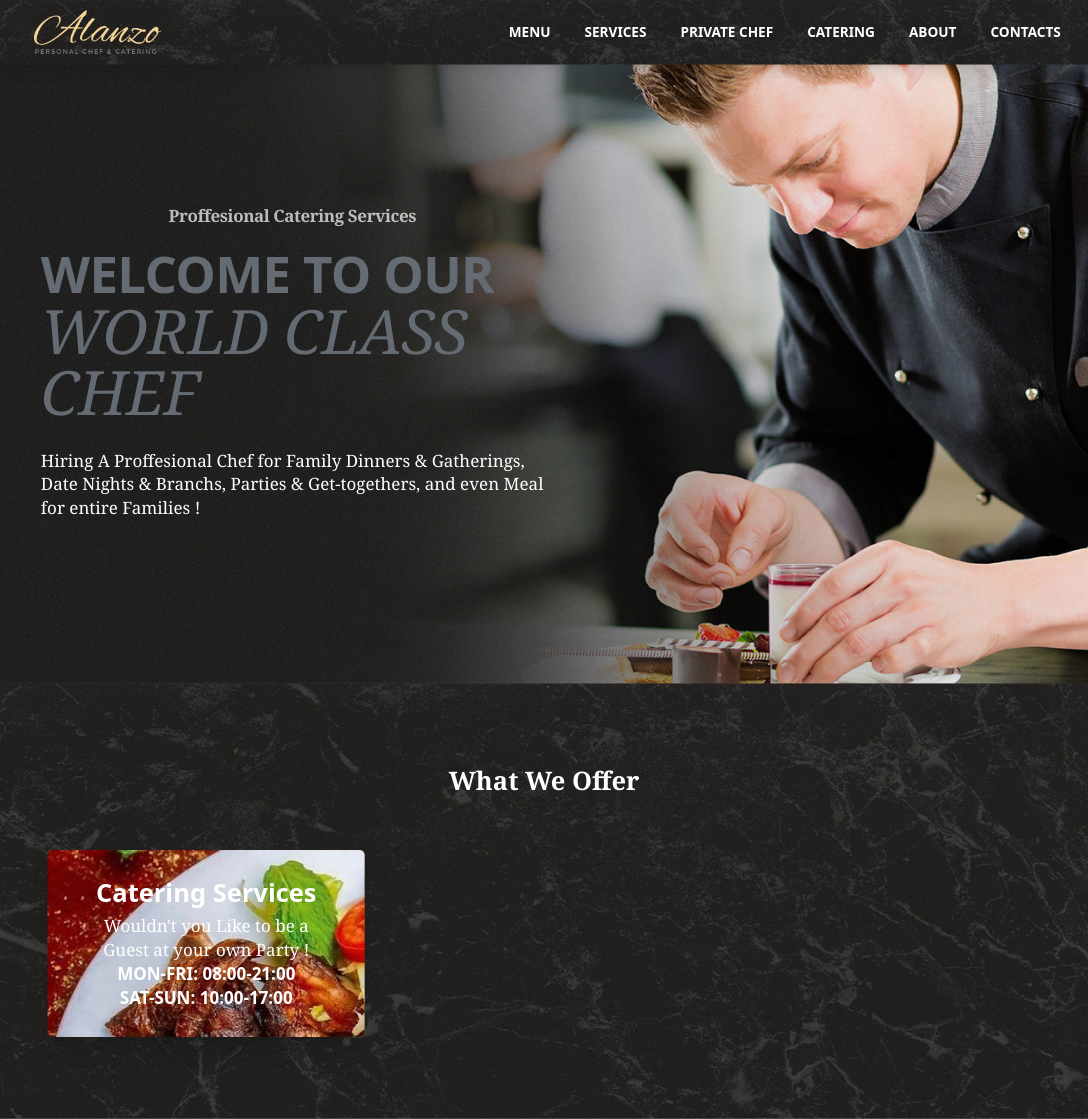
Repository: remydev47/alanzo
Page: /
An editor plug-in stored every save of this project. The page is shown before and after the next save, followed by the edit.
The browser window is 1280 px wide. The pictures show the whole page, at 85% of full size.
The project was rebuilt for these pictures with package versions that can differ from the ones it lists, and the page was loaded fresh each time. The framework's server and built-in components were replaced by stand-ins that run in the browser. Also part of the build but not shown: next.config.js, components/Aboutus.tsx, components/Consulting.tsx, components/Catering.tsx, components/Menu.tsx, components/Testimonials.tsx, components/CTA.tsx, components/Footer.tsx.

Above is the page before, as saved 2022-12-17 12:10:09.

### pages/_app.tsx
import '../styles/globals.css'
import type { AppProps } from 'next/app'
import Navbar from '../components/Navbar'

function MyApp({ Component, pageProps }: AppProps) {
  return (
    <>

      <Component {...pageProps} />
    </>
  )
}

export default MyApp

### pages/index.tsx
import type { NextPage } from 'next'
import Head from 'next/head'
import Image from 'next/image'
import { Hero, Services } from '../components'
import Navbar from '../components/Navbar'


const Home: NextPage = () => {
  return (
    <div className="bg-[url('/images/bg_2.jpg')]">
      <Head>
        <title>Avantos</title>
        <link rel="icon" href="/favicon.ico" />
      </Head>
      <Navbar />
      <Hero />
      <Services />

    </div>
  )
}

export default Home

### components/index.ts
import Hero from "./Hero";
import Services from "./Services";
import Aboutus from "./Aboutus";
import Consulting from "./Consulting";
import Catering from "./Catering";
import Menu from "./Menu";
import Testimonials from "./Testimonials";
import CTA from "./CTA";
import Footer from "./Footer";

export {
    Hero, Services, CTA, Catering, Consulting, Footer, Menu, Aboutus, Testimonials
}

### components/Navbar.tsx
import React from 'react';
import { navLinks } from '../constants';
import Menupopover from './Menupopover';
import Image from 'next/image';
import Logo from './Logo';
import { Button } from './Button';

const Navbar = () => {
  return (
    <header className="fixed inset-x-0 bg-[url('/images/bg_2.jpg')] z-20 flex justify-between items-center py-2 px-2 shadow-lg dark:bg-slate-900 sm:py-3 sm:px-8">
            <div className='flex grow-0 basis-1/3 md:hidden'>
                <Menupopover />
            </div>

             <div className='flex grow-0 ml-2 justify-center md:justify-start'>
                <Logo />

            </div>


            <ul className="list-none sm:flex hidden justify-end items-center flex-1">
            {navLinks.map((nav, index) => (
                <li
                key={nav.id}
                className={`font-bold cursor-pointer text-[16px]
                   ${index === navLinks.length - 1 ? 'mr-0' : 'mr-10'}
                  text-white `}
                >
                    <a>{nav.title}</a>
                </li>
            ))}
           </ul>


        </header>
  )
}

export default Navbar

### components/Hero.tsx
import React from 'react'

const Hero = () => {
  return (
    <section className='relative pt-48 pb-12 xl:pt-60 sm:pb-16 lg:pb-32 xl:pb-48 2xl:pb-56'>
    <div className="absolute inset-0">
     <img className="object-cover w-full h-full" src="/images/hero.jpg" alt="" />
    </div>
   <div className='relative'>
    <div className="px-6 mx-auto sm:px-8 lg:px-12 max-w-7xl">
      <div className="w-full lg:w-2/3 xl:w-1/2">
        <h1 className="font-serif text-xl font-bold tracking-tight text-white text-opacity-70 text-center">Proffesional Catering Services</h1>
        <p className="mt-6 tracking-tighter text-[#656b72]">
          <span className="font-sans font-bold text-6xl">WELCOME TO OUR </span><br />
          <span className="font-serif italic font-BOLD text-7xl">WORLD CLASS CHEF</span>
        </p>
        <p className="mt-8 font-erif text-xl font-serif text-[#fff]">
          Hiring A Proffesional Chef for Family Dinners & Gatherings, Date Nights & Branchs, Parties & Get-togethers, and even Meal for entire Families !
        </p>
      </div>
    </div>
   </div>
  </section>
  )
}

export default Hero

### components/Services.tsx
import React from 'react'
import styles from '../styles'

const Services = () => {
  return (
    <section className={`${styles.paddings} bg-[url('/images/bg_2.jpg')] sm:py-16 lg:py-24`}>
      <div className="px-4 mx-auto max-w-7xl sm:px-6 lg:px-8">
       <div className="max-w-2xl mx-auto text-center">
        <h2 className="text-xl font-bold font-serif leading-tight text-white lg:text-3xl">What We Offer</h2>
       </div>

       <div className="grid max-w-md grid-cols-1 gap-6 mx-auto mt-8 text-center lg:max-w-full lg:mt-16 lg:grid-cols-3">

        <div className="overflow-hidden bg-[url('/images/bg-3.jpg')] shadow-xl border-gray-300 rounded-md">
          <div className="p-8 xl:px-12 flex flex-col items-center justify-center">
             <div className='flex flex-col'>
               <h1 className='text-3xl font-semibold text-white'>Catering Services</h1>
             </div>
             <h2 className='font-normal text-xl font-serif text-white text-center mt-2'>
               Wouldn't you Like to be a Guest at your own Party !
             </h2>
             <p className='text-xl text-white text-center font-bold'>
               MON-FRI: 08:00-21:00
             </p>
             <p className='text-xl text-white text-center font-bold'>
               SAT-SUN: 10:00-17:00
             </p>
          </div>
        </div>

       </div>
      </div>
    </section>
  )
}

export default Services

### constants/index.ts
export const navLinks =[
    {
        id:"menu",
        title:"MENU",
    },
    {
        id:"services",
        title:"SERVICES",
    },
    {
        id:"privatechef",
        title:"PRIVATE CHEF",
    },
    {
        id:"catering",
        title:"CATERING",
    },
    {
        id:"aboutus",
        title:"ABOUT",
    },
    {
        id:"contacts",
        title:"CONTACTS",
    },
]

### components/Menupopover.tsx
import React, {useState, Fragment} from 'react';
import { navLinks } from '../constants';
import { IconButton, Button } from './Button';
import { Transition, Dialog } from '@headlessui/react';
import Logo from './Logo';
import Image from 'next/image';

const Menupopover = () => {
  const [isOpen, setIsOpen] = useState(false)

  return (
    <div>
    <IconButton
      variant='ghost'
      aria-label='menu'
      onClick={() => setIsOpen(!isOpen)}
    >
      <svg className='w-6 h-6 ' fill='none' stroke='currentColor'>
        <path
          strokeLinecap='round'
          strokeLinejoin='round'
          strokeWidth={2}
          d='M4 6h16M4 12h16M4 18h16'
        />
      </svg>
    </IconButton>
    <Transition
      show={isOpen}
      appear
      as={Fragment}
      enter='transform transition ease-in-out duration-300'
      enterFrom='-translate-x-full'
      enterTo='translate-x-0'
      leave='transform transition ease-in-out duration-300 delay-200'
      leaveFrom='translate-x-0'
      leaveTo='-translate-x-full'
     >
     <Dialog
       as='div'
       className={`fixed inset-0 z-50`}
       onClose={setIsOpen}
       open={isOpen}
       >
       <Transition.Child
         as={Fragment}
         enter='ease-out duration-300 delay-300'
         enterFrom='opacity-0'
         enterTo='opacity-100'
         leave='ease-in duration-200'
         leaveFrom='opacity-100'
         leaveTo='opacity-0'
       >

        <Dialog.Overlay
          className={`fixed inset-0 bg-black/20 backdrop-blur-sm dark:bg-gray-900/80`}
         />
      </Transition.Child>
       <div className={styles.dialogcontainer}>
        <a className='mx-auto mt-4 flex w-[140px] '>
          <Logo />
        </a>
        <ul
            className={styles.navWrapper2}
         >
            {navLinks.map((nav, index) => (
                <li
                 key={nav.id}
                 className={` font-bold cursor-pointer text-[16px]
                  mt-2 border-t border-slate-200 py-4 dark:border-slate-600
                  ${index === navLinks.length - 1 ? 'mr-0' : 'mb-4'}
                  text-white `}
                >
                 <a href={`#${nav.id}`}>
                    {nav.title}
                 </a>
                </li>
             ))}
         </ul>

        <IconButton
          variant='ghost'
          aria-label='close menu'
          className='absolute top-5 right-5'
          onClick={() => setIsOpen(false)}
        >
          <svg
            viewBox='0 0 10 10'
            className='h-2.5 w-2.5 overflow-visible'
            aria-hidden='true'
          >
            <path
                d='M0 0L10 10M10 0L0 10'
                fill='none'
                stroke='currentColor'
                strokeWidth='2'
                strokeLinecap='round'
              />
          </svg>
        </IconButton>
       </div>
     </Dialog>
    </Transition>
  </div>
  )
}

export default Menupopover;

const styles ={
  dialogcontainer:`fixed top-0 bottom-0 left-0 w-full max-w-xs rounded-r-xl bg-[#092341] p-6 shadow-lg dark:bg-gray-800`,
  menuitems:`group relative flex h-9 items-center oveflow-hidden rounded-md hover:bg-slate-200/50`,
  navWrapper2:`list-none flex flex-col justify-end items-center flex-1`,
}

### components/Logo.tsx
import React from 'react'
import Image from 'next/image'

const Logo = () => {
  return (
    <div>
      <Image
        src='/images/logo.png'
        alt='Alanzo'
        height={60}
        width={150}
      />
    </div>
  )
}

export default Logo

### styles/index.ts
const styles = {
    innerWidth: '2xl:max-w-[1280px] w-full',
    interWidth: 'lg:w-[80%] w-[100%]',

    paddings: 'sm:p-16 xs:p-8 px-6 py-12',
    yPaddings: 'sm:py-16 xs:py-8 py-12',
    xPaddings: 'sm:px-16 px-6',
    topPaddings: 'sm:pt-16 xs:pt-8 pt-12',
    bottomPaddings: 'sm:pb-16 xs:pb-8 pb-12',

    flexCenter: 'flex justify-center items-center',
    flexStart: 'flex justify-start items-start',
    flexEnd: 'flex justify-end',
    navPadding: 'pt-[98px]',

    // hero section
    heroHeading:
        'font-bold lg:text-[144px] md:text-[100px] sm:text-[60px] text-[44px] lg:leading-[158.4px] md:leading-[114.4px] sm:leading-[74.4px] leading-[64.4px] uppercase text-white',
    heroDText:
        'md:w-[212px] sm:w-[80px] w-[60px] md:h-[108px] sm:h-[48px] h-[38px] md:border-[18px] border-[9px] rounded-r-[50px] border-white sm:mx-2 mx-[6px]',
  };

  export default styles;

### components/Button/index.tsx
import React, { forwardRef } from "react";
//import { __DEV__ } from "../../utils/assertions";

type BaseButtonProps = Omit<React.HTMLProps<HTMLButtonElement>, "size">;

/* === Button Element === */

export interface ButtonProps extends BaseButtonProps {
  children: React.ReactNode;
  fullWidth?: boolean;
  className?: string;
  variant?: "solid" | "outline" | "ghost";
  size?: "sm" | "md" | "lg";
  as?: string;
  isExternal?: boolean;
  type?: "button" | "submit" | "reset";
}

export const Button = forwardRef<HTMLButtonElement, ButtonProps>(
  (
    {
      children,
      variant = "solid",
      size = "md",
      fullWidth = false,
      className,
      as = "button",
      isExternal = false,
      ...rest
    },
    ref
  ) => {
    let tempClassNames: string[] = [];

    const sharedClasses = [
      "capitalize",
      "focus:outline-none",
      "focus:ring-2",
      "focus:ring-indigo-400",
      "focus:ring-offset-2",
      "focus:ring-offset-indigo-50",
      "font-semibold",
      "rounded-full",
      "inline-flex",
      "flex-shrink-0",
      "items-center",
      "justify-center",
      "transition-colors",
      "ease-in-out",
      "duration-500",
    ];

    if (fullWidth) sharedClasses.push("w-full");

    // handle variants
    let btnSolid = ["bg-indigo-600", "hover:bg-indigo-700", "text-white"];
    let btnOutline = [
      "dark:text-white",
      "hover:text-indigo-700",
      "hover:dark:text-indigo-700",
      "bg-transparent",
      "hover:bg-indigo-50",
      "border",
      "border-indigo-600",
    ];
    let btnGhost = [
      "bg-transparent",
      "dark:text-white",
      "hover:bg-indigo-50",
      "hover:text-indigo-700",
      "hover:dark:text-indigo-700",
    ];

    if (variant === "solid") {
      tempClassNames = [...sharedClasses, ...btnSolid];
    } else if (variant === "outline") {
      tempClassNames = [...sharedClasses, ...btnOutline];
    } else if (variant === "ghost") {
      tempClassNames = [...sharedClasses, ...btnGhost];
    }

    // handle sizes
    let sizeSm = ["h-8", "px-2", "text-sm"];
    let sizeMd = ["h-10", "px-3"];
    let sizeLg = ["h-12", "px-4", "text-lg"];

    if (size === "sm") {
      tempClassNames = [...tempClassNames, ...sizeSm];
    } else if (size === "md") {
      tempClassNames = [...tempClassNames, ...sizeMd];
    } else if (size === "lg") {
      tempClassNames = [...tempClassNames, ...sizeLg];
    }

    let classes = tempClassNames.join(" ");

    let Element = as ? (
      React.createElement(
        as,
        {
          className: `${classes} ${className}`,
          target: isExternal ? "_blank" : undefined,
          rel: isExternal ? "noopener noreferrer" : undefined,
          ref,
          ...rest,
        },
        children
      )
    ) : (
      <button {...rest} className={`${classes} ${className}`} ref={ref}>
        {children}
      </button>
    );

    return Element;
  }
);

// if (__DEV__) {
//   Button.displayName = "Button";
// }

/* === IconButton Element === */

export interface IconButtonProps extends ButtonProps {
  icon?: React.ReactElement;
  "aria-label": string;
}

export const IconButton = forwardRef<HTMLButtonElement, IconButtonProps>(
  (
    {
      children,
      icon,
      className,
      "aria-label": ariaLabel,
      size = "md",
      ...rest
    },
    ref
  ) => {
    let sharedClasses = ["rounded-full", "!px-0"];

    // handle sizes
    let sizeSm = ["w-8"];
    let sizeMd = ["w-10"];
    let sizeLg = ["w-12"];

    if (size === "sm") {
      sharedClasses = [...sharedClasses, ...sizeSm];
    } else if (size === "md") {
      sharedClasses = [...sharedClasses, ...sizeMd];
    } else if (size === "lg") {
      sharedClasses = [...sharedClasses, ...sizeLg];
    }

    /**
     * Passing the icon as prop or children should work
     */
    const element = icon || children;
    const _children = React.isValidElement(element)
      ? React.cloneElement(element as any, {
          "aria-hidden": true,
          focusable: false,
        })
      : null;

    let classes = sharedClasses.join(" ");
    return (
      <Button
        className={`${classes} ${className}`}
        aria-label={ariaLabel}
        size={size}
        {...rest}
        ref={ref}
      >
        {_children}
      </Button>
    );
  }
)

### tailwind.config.js
/** @type {import('tailwindcss').Config} */
module.exports = {
  content: [
    './pages/**/*.{js,ts,jsx,tsx}',
    './components/**/*.{js,ts,jsx,tsx}',
  ],
  theme: {
    extend: {
      backgroundImage: {
        'bg_2': "url('/images/bg_2.jpg')",
        'bg-3': "url('/images/bg-3.jpg')",
        'bg-4': "url('/images/bg-4.jpg')",
        'bg-5': "url('/images/bg-5.jpg')",
      },
      colors: {
        'primary-black': '#1A232E',
        'secondary-white': '#c7c7c7',
      },
    },
  },
  plugins: [],
}

Loaded but not shown: styles/globals.css (common file)

After the next save:
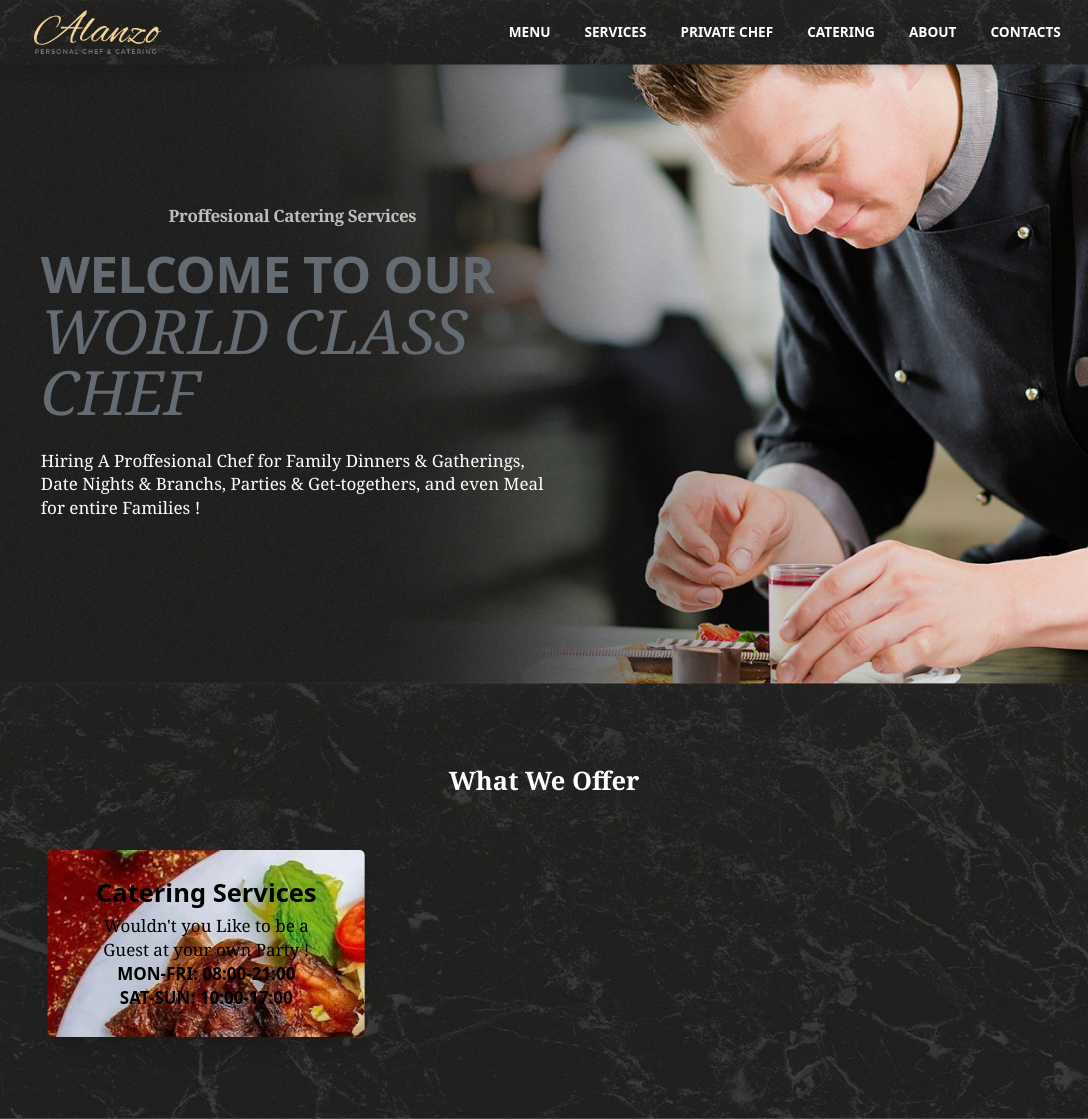
Saved 39 s later.
--- a/components/Services.tsx
+++ b/components/Services.tsx
@@ -14,15 +14,15 @@
         <div className="overflow-hidden bg-[url('/images/bg-3.jpg')] shadow-xl border-gray-300 rounded-md">
           <div className="p-8 xl:px-12 flex flex-col items-center justify-center">
              <div className='flex flex-col'>
-               <h1 className='text-3xl font-semibold text-white'>Catering Services</h1>
+               <h1 className='text-3xl font-semibold text-black'>Catering Services</h1>
              </div>
-             <h2 className='font-normal text-xl font-serif text-white text-center mt-2'>
+             <h2 className='font-normal text-xl font-serif text-black text-center mt-2'>
                Wouldn't you Like to be a Guest at your own Party !
              </h2>
-             <p className='text-xl text-white text-center font-bold'>
+             <p className='text-xl text-black text-center font-bold'>
                MON-FRI: 08:00-21:00
              </p>
-             <p className='text-xl text-white text-center font-bold'>
+             <p className='text-xl text-black text-center font-bold'>
                SAT-SUN: 10:00-17:00
              </p>
           </div>
